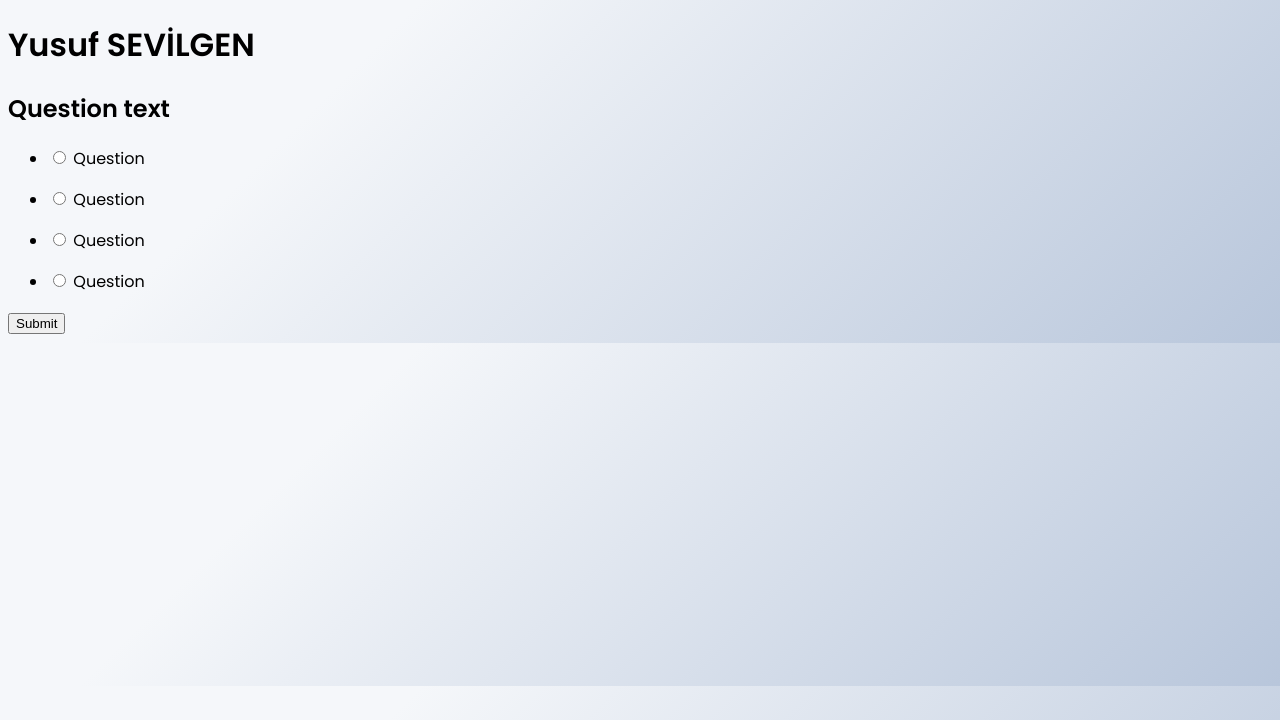
Repository: sevilgenysf/javascript-two
Page: index.html
These files come from the project's save history. The page is drawn as it stood at one moment and after the next save; the edit follows.
The browser window is 1280 px wide. The pictures show the whole page.

Above is the page before, as saved 2022-02-24 16:31:50.
Console error: SyntaxError: Unexpected token '{'

### index.html
<!DOCTYPE html>
<html lang="en">

<head>
	<meta charset="UTF-8">
	<meta http-equiv="X-UA-Compatible" content="IE=edge">
	<meta name="viewport" content="width=device-width, initial-scale=1.0">
	<link rel="stylesheet" href="./style.css">
	<script src="./index.js" defer></script>
	<title>javascript Day two</title>
</head>

<body>
	<div>
		<h1>Yusuf SEVİLGEN</h1>
		<div class="quiz-container">
			<h2>Question text</h2>
			<ul>
				<li>
					<input type="radio" id="a" name="answer">
					<label for="a">Question</label>
				</li>
			</ul>
			<ul>
				<li>
					<input type="radio" id="b" name="answer">
					<label for="b">Question</label>
				</li>
			</ul>
			<ul>
				<li>
					<input type="radio" id="c" name="answer">
					<label for="c">Question</label>
				</li>
			</ul>
			<ul>
				<li>
					<input type="radio" id="d" name="answer">
					<label for="d">Question</label>
				</li>
			</ul>
			<button>Submit</button>
		</div>
	</div>
</body>

</html>

### style.css
@import url('https://fonts.googleapis.com/css2?family=Poppins:wght@400;600&family=Roboto:ital,wght@0,300;0,400;0,700;1,500&display=swap');

* {
	box-sizing: border-box;
}

body {
	background-color: #b8c6db;
	background-image: linear-gradient(315deg, #b8c6db 0%, #f5f7fa 74%);
	font-family: 'Poppins', sans-serif;

}

### index.js
const quizData = [
	{
		question: 'How old are you?',
		a: '25',
		b: '26',
		c: '27',
		d: '28',
		currect: 'c'
	},
	{
		question: 'What is the most used best programing language in 2019?',
		a: 'Java',
		b: 'C',
		c: 'Python',
		d: 'JavaScript',
		currect: 'a'
	},
	{
		qwstion: 'who is he President of USA?',
		a: 'Trump',
		b: 'Obama',
		c: 'Bush',
		d: 'Clinton',
		currect: 'b'
	},
	{
		question: 'What does HTML stand for?',
		a: 'Hyper Text Markup Language',
		b: 'Cascading style sheet',
		c: 'Jason Object Notation',
		d: 'Aplication Type Markup Language',
		currect: 'a'
	}.
	{
		question: 'What year was javaScript launched?',
		a: '1995',
		b: '1996',
		c: '1997',
		d: 'none of the above',
		currect: 'd'
	}
];

After the next save:
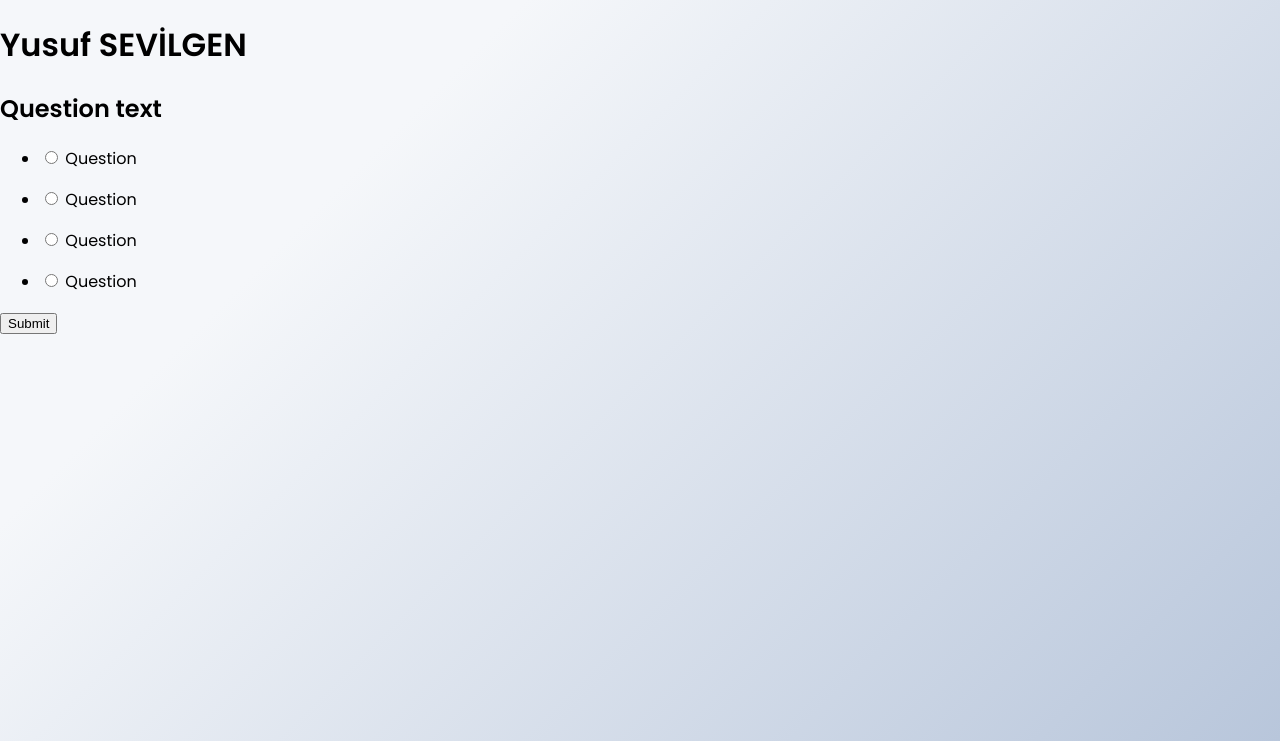
Saved 15 s later.
--- a/style.css
+++ b/style.css
@@ -8,5 +8,6 @@ body {
 	background-color: #b8c6db;
 	background-image: linear-gradient(315deg, #b8c6db 0%, #f5f7fa 74%);
 	font-family: 'Poppins', sans-serif;
-
+	margin: 0;
+	min-height: 100vh;
 }
